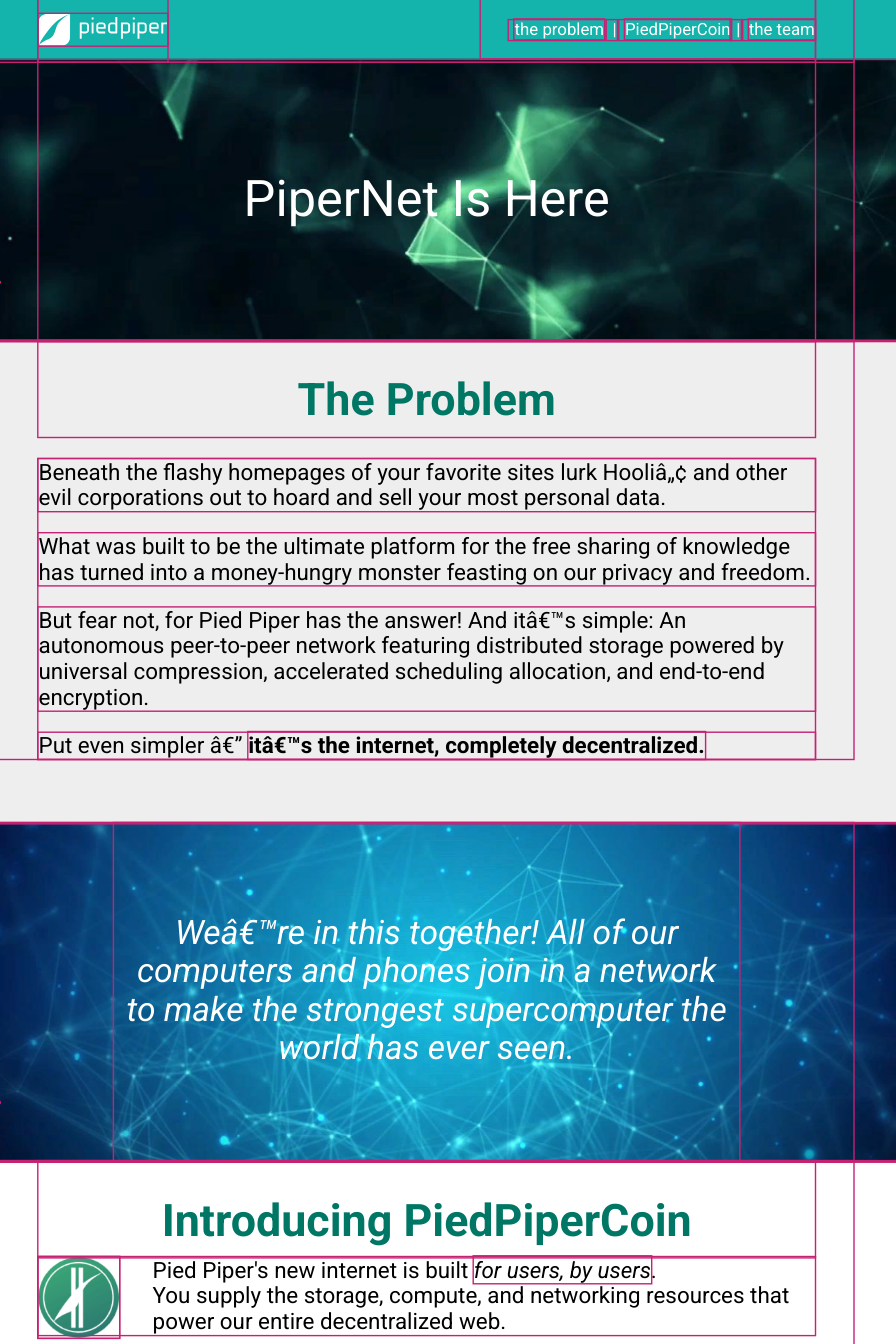
Repository: armus503/Pip_Piper
Page: Pip_Piper.html
An editor plug-in stored every save of this project. The page is shown before and after the next save, followed by the edit.
The browser window is 1280 px wide. The pictures show the part of the page from y = 0 to 1920 px (the page is 3271 px tall), at 70% of full size.

Above is the page before, as saved 2021-07-21 01:07:00.

After the next save:
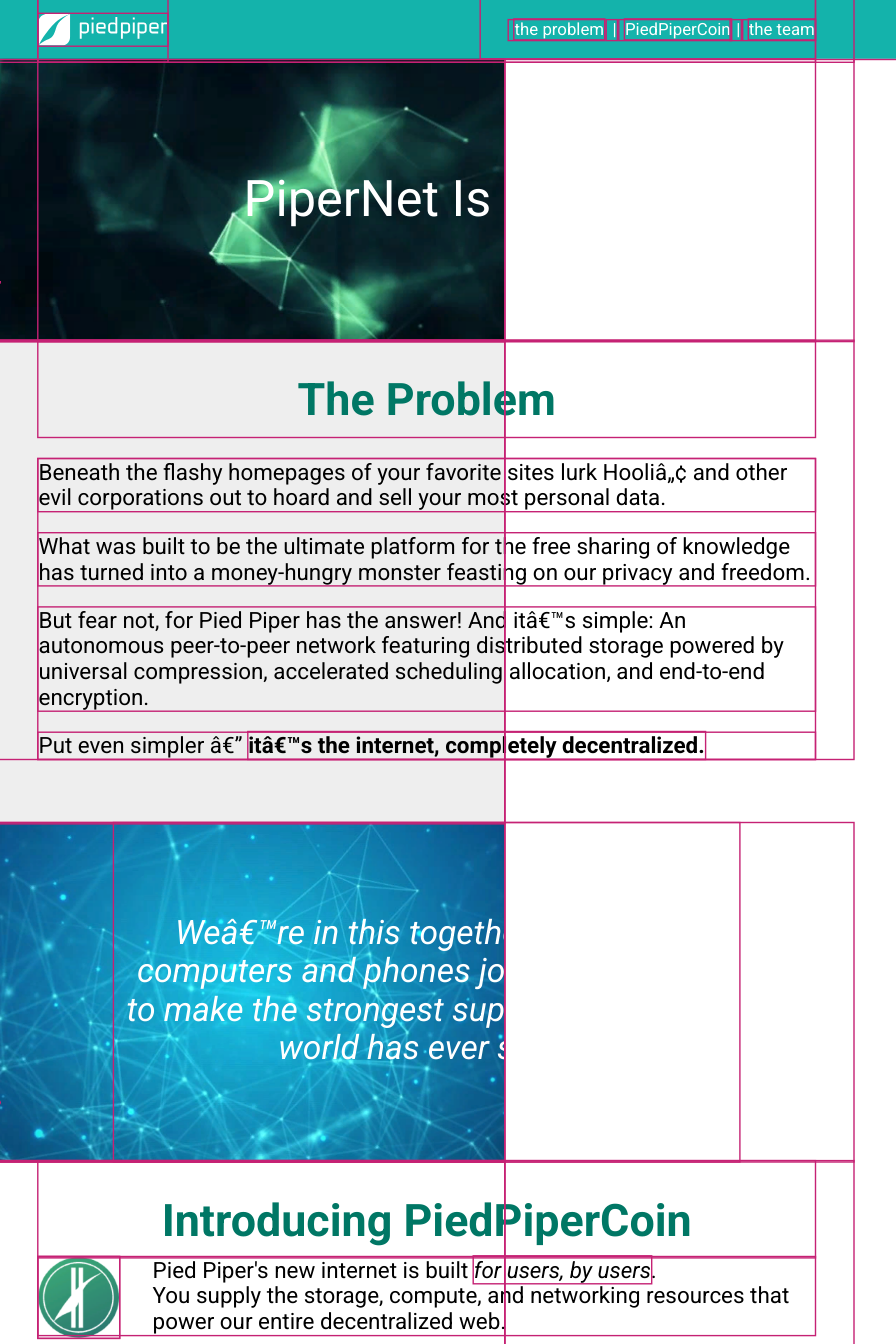
Saved 21 s later.
--- a/Pip_Piper.css
+++ b/Pip_Piper.css
@@ -422,7 +422,7 @@
 /*My styles*/
 
 html {
-    width: 100vw;
+    width: 100vh;
 }
 
 .body {

After the 2 saves that followed:
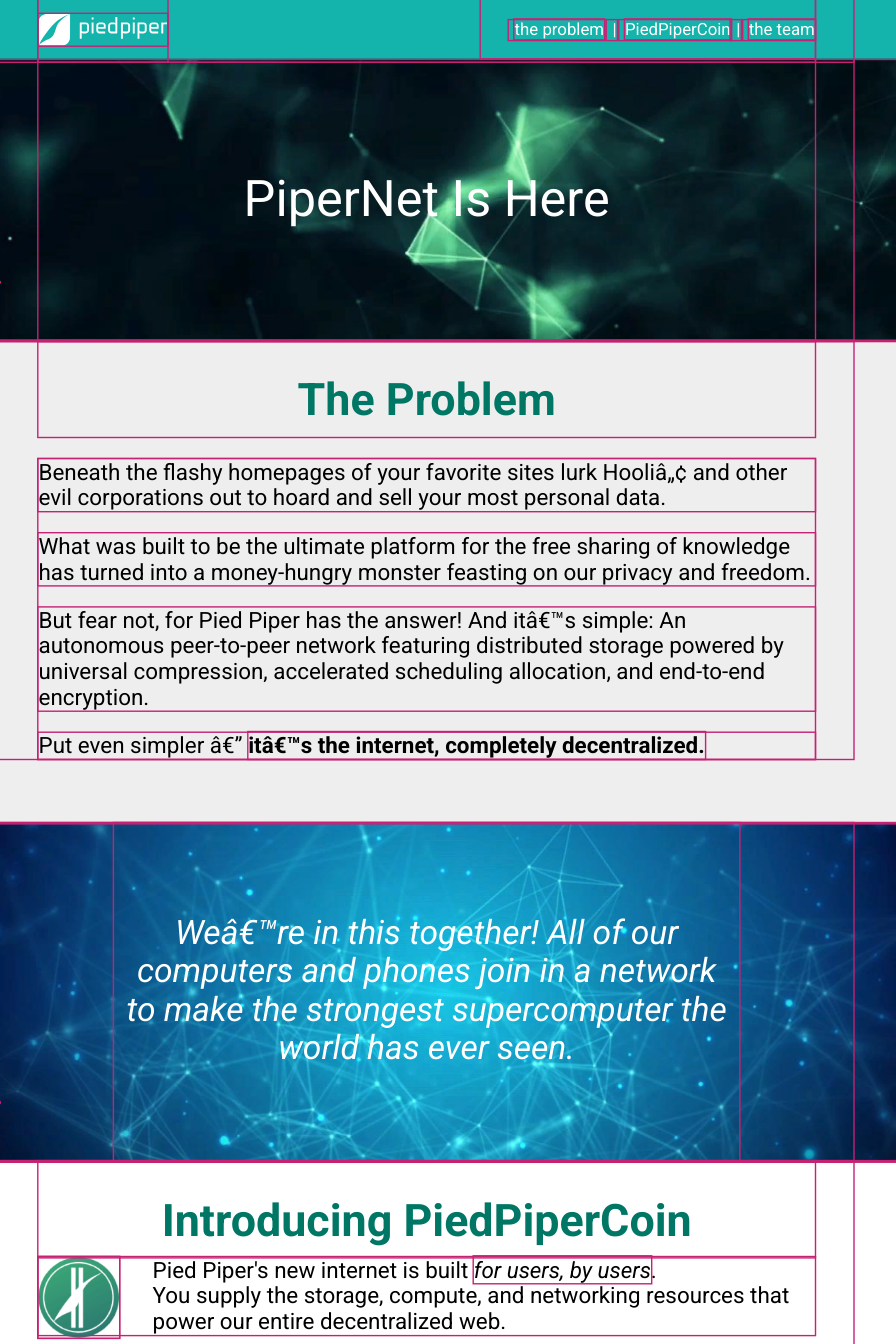
The 2 saves are shown as one change because 1 left the picture as it was.
The last was saved 4 min 3 s later.
--- a/Pip_Piper.css
+++ b/Pip_Piper.css
@@ -422,7 +422,8 @@
 /*My styles*/
 
 html {
-    width: 100vh;
+    width: 100vw;
+    margin: 0, auto;
 }
 
 .body {
